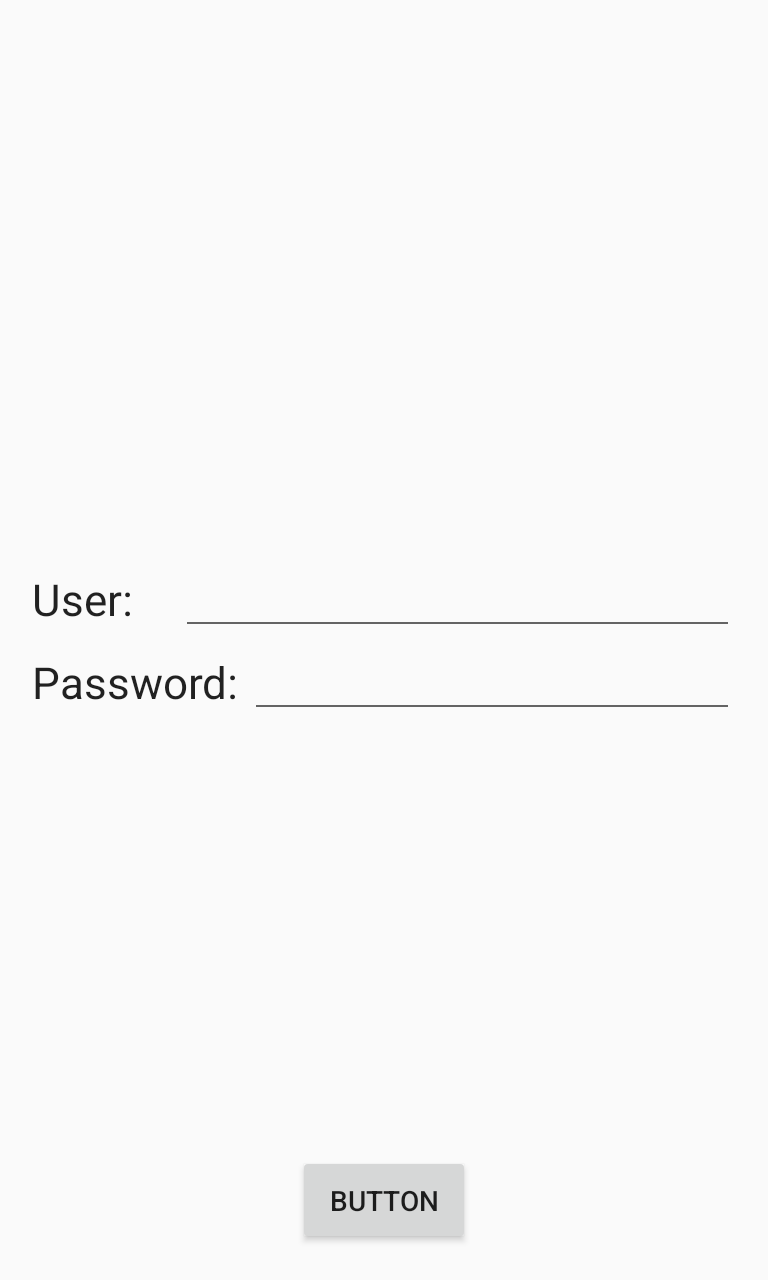
Repository: Y-GO/YGO_Parking_Project_Client
Layout: Ygo_Parking_Project/res/layout/activity_login.xml
These files come from the project's save history. The layout is drawn as it stood at one moment and after the next save; the edit follows.
It is drawn on a 768 x 1280 px phone screen (xhdpi) without system bars, with theme AppTheme; the app's code is not run.

Above is the layout before, as saved 2014-07-28 09:40:56.

### Ygo_Parking_Project/res/layout/activity_login.xml
<RelativeLayout xmlns:android="http://schemas.android.com/apk/res/android"
    xmlns:tools="http://schemas.android.com/tools"
    android:layout_width="fill_parent"
    android:layout_height="fill_parent"
    android:paddingBottom="@dimen/activity_vertical_margin"
    android:paddingLeft="@dimen/activity_horizontal_margin"
    android:paddingRight="@dimen/activity_horizontal_margin"
    android:paddingTop="@dimen/activity_vertical_margin"
    tools:context="com.ygo.ygo_parking_project.MainActivity" >

    <LinearLayout
        android:layout_width="fill_parent"
        android:layout_height="wrap_content"
        android:layout_centerInParent="true"
        android:orientation="vertical" >

        <LinearLayout
            android:layout_width="match_parent"
            android:layout_height="wrap_content"
            android:layout_gravity="center"
            android:orientation="vertical" >

            <LinearLayout
                android:layout_width="match_parent"
                android:layout_height="wrap_content" >

                <TextView
                    android:id="@+id/textView1"
                    android:layout_width="wrap_content"
                    android:layout_height="wrap_content"
                    android:layout_weight="0.25"
                    android:text="User:"
                    android:textAppearance="?android:attr/textAppearanceLarge" />

                <EditText
                    android:id="@+id/editUserName"
                    android:layout_width="wrap_content"
                    android:layout_height="wrap_content"
                    android:layout_weight="0.74"
                    android:ems="10" />
            </LinearLayout>
        </LinearLayout>

        <LinearLayout
            android:layout_width="match_parent"
            android:layout_height="wrap_content"
            android:layout_gravity="center"
            android:orientation="vertical" >

            <LinearLayout
                android:layout_width="match_parent"
                android:layout_height="wrap_content" >

                <TextView
                    android:id="@+id/textView2"
                    android:layout_width="wrap_content"
                    android:layout_height="wrap_content"
                    android:layout_weight="0.1"
                    android:text="Password:"
                    android:textAppearance="?android:attr/textAppearanceLarge" />

                <EditText
                    android:id="@+id/editPassword"
                    android:layout_width="wrap_content"
                    android:layout_height="wrap_content"
                    android:layout_weight="0.74"
                    android:ems="10"
                    android:inputType="textPassword" />
            </LinearLayout>
        </LinearLayout>
    </LinearLayout>

    <Button
        android:id="@+id/button1"
        android:layout_width="wrap_content"
        android:layout_height="wrap_content"
        android:layout_alignParentBottom="true"
        android:layout_alignWithParentIfMissing="false"
        android:layout_centerHorizontal="true"
        android:text="Button" />

</RelativeLayout>

Loaded but not shown: Ygo_Parking_Project/res/values/styles.xml (common file); Ygo_Parking_Project/res/values-v11/styles.xml (common file); Ygo_Parking_Project/res/values-v14/styles.xml (common file); Ygo_Parking_Project/res/values/dimens.xml (common file); Ygo_Parking_Project/res/values-w820dp/dimens.xml (common file)

After the next save:
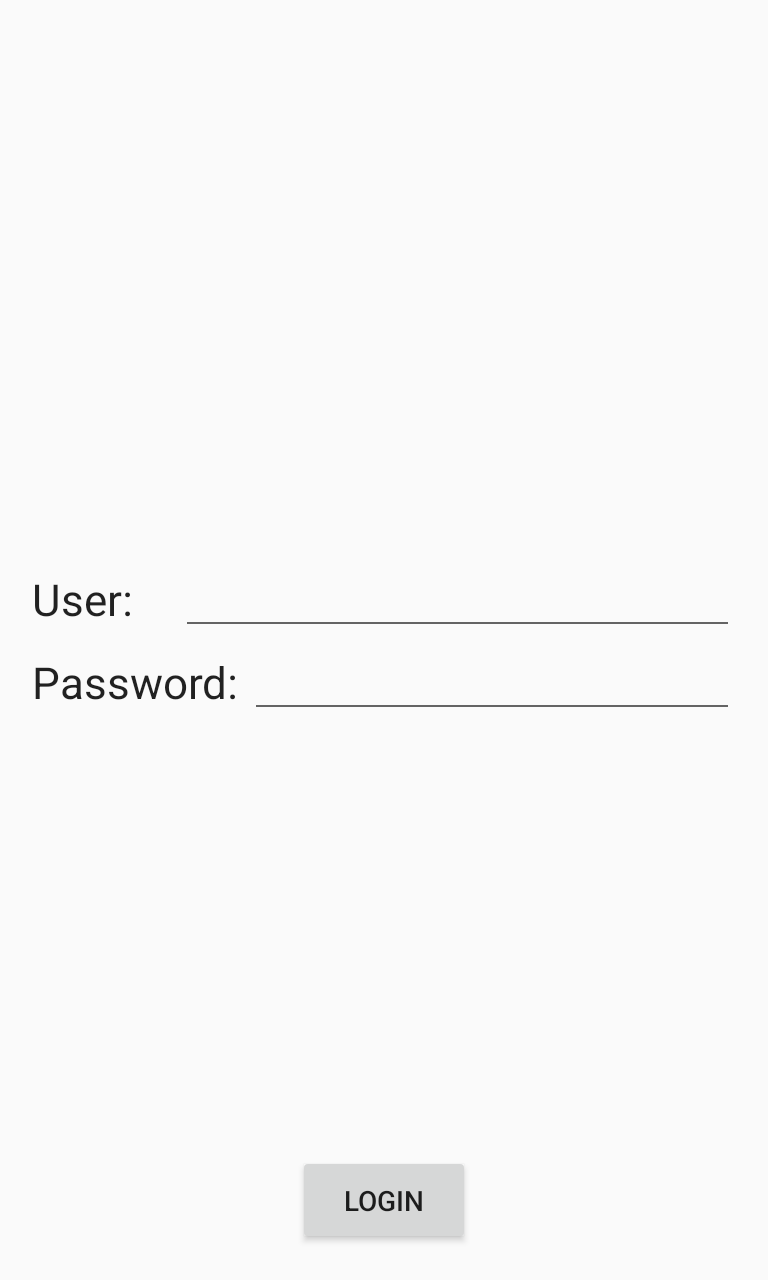
Saved 2 min 46 s later.
--- a/Ygo_Parking_Project/res/layout/activity_login.xml
+++ b/Ygo_Parking_Project/res/layout/activity_login.xml
@@ -37,7 +37,7 @@
                     android:layout_width="wrap_content"
                     android:layout_height="wrap_content"
                     android:layout_weight="0.74"
-                    android:ems="10" />
+                    android:ems="10" android:inputType="text"/>
             </LinearLayout>
         </LinearLayout>
 
@@ -71,12 +71,12 @@
     </LinearLayout>
 
     <Button
-        android:id="@+id/button1"
+        android:id="@+id/buttonLogIn"
         android:layout_width="wrap_content"
         android:layout_height="wrap_content"
         android:layout_alignParentBottom="true"
         android:layout_alignWithParentIfMissing="false"
         android:layout_centerHorizontal="true"
-        android:text="Button" />
+        android:text="Login" />
 
 </RelativeLayout>
